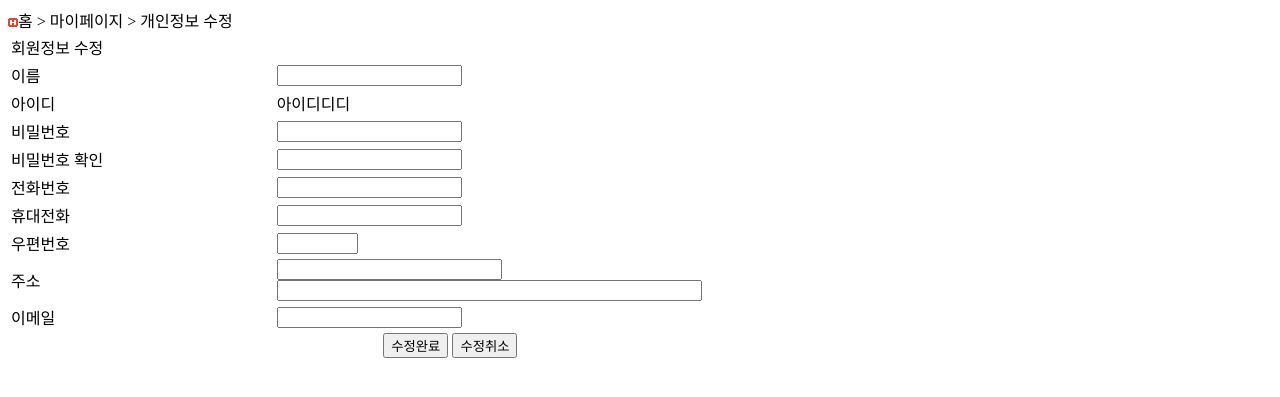
Repository: heeya90/ProjectShoppingMall
Page: http://localhost/ProjectShoppingMall/mypage/mypage_modify.jsp
An editor plug-in stored every save of this project. The page is shown before and after the next save, followed by the edit.
The browser window is 1280 px wide. The pictures show the whole page.
The page is served by Tomcat 9.

Above is the page before, as saved 2012-07-30 09:03:04.

### ProjectShoppingMall/WebContent/mypage/mypage_modify.jsp
<%@ page language="java" contentType="text/html; charset=EUC-KR"
    pageEncoding="EUC-KR"%>

	<div class="sub_loca">
		<img src="./img/icon_home.gif" alt="현재위치" />홈 > 마이페이지 > 개인정보 수정
	</div>

	<table class="jw_normal_table" style="align:center; width:70%">
		<tr>
			<td colspan="2">
				<label class="jw_lbl_title">회원정보 수정</label></td>
		</tr>
		<tr>
			<td class="jw_lheader" style="width:30%">
				<label>이름</label></td>
			<td class="join02_right">
				<label><input type="text" name="name" value=""></label></td>
		</tr>
		<tr>
			<td class="jw_lheader">
				<label>아이디</label></td>
			<td class="join02_right">
				<label>아이디디디</label></td>
		</tr>
		<tr>
			<td class="jw_lheader">
				<label>비밀번호</label></td>
			<td class="join02_right">
				<input type="password" name="pw">
		</tr>
		<tr>
			<td class="jw_lheader">
				<label> 비밀번호 확인</label></td>
			<td class="join02_right">
				<input type="password" name="rpw"></td>
		</tr>
		<tr>
			<td class="jw_lheader">
				<label>전화번호</label></td>
			<td class="join02_right">
				<input type="text" name="tel" value=""></td>
		</tr>
		<tr>
			<td class="jw_lheader">
				<label>휴대전화</label></td>
			<td class="join02_right">
				<input type="text" name="cell" value=""></td>
		</tr>
		<tr>
			<td class="jw_lheader">
				<label>우편번호</label></td>
			<td class="join02_right">
				<input type="text" name="zipcode" size="7"></td>
		</tr>
		<tr>
			<td class="jw_lheader">
				<label>주소</label></td>
			<td class="join02_right">
				<INPUT type="text" name="addr" size="25"> <br/>
				<INPUT type="text" name="detailaddr" size="50"></td>
		</tr>
		<tr>
			<td class="jw_lheader">
				<label>이메일</label></td>
			<td class="join02_right">
				<input type="text" name="email" value=""></td>
		</tr>
		<tr>
			<td colspan="2" align="center">
				<input type="submit" value="수정완료">
				<input type="reset"  value="수정취소"></td>
		</tr>

	</table>

After the next save:
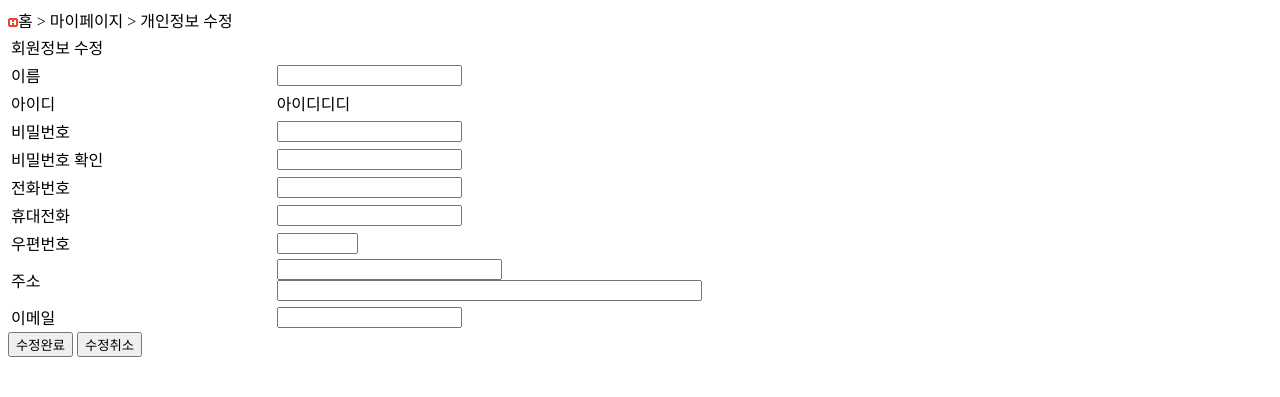
Saved 2 min 48 s later.
--- a/ProjectShoppingMall/WebContent/mypage/mypage_modify.jsp
+++ b/ProjectShoppingMall/WebContent/mypage/mypage_modify.jsp
@@ -12,63 +12,62 @@
 		</tr>
 		<tr>
 			<td class="jw_lheader" style="width:30%">
-				<label>이름</label></td>
-			<td class="join02_right">
-				<label><input type="text" name="name" value=""></label></td>
+				<label class="jw_lbl_title">이름</label></td>
+			<td>
+				<input type="text" name="name" value=""></td>
 		</tr>
 		<tr>
 			<td class="jw_lheader">
-				<label>아이디</label></td>
-			<td class="join02_right">
+				<label class="jw_lbl_title">아이디</label></td>
+			<td>
 				<label>아이디디디</label></td>
 		</tr>
 		<tr>
 			<td class="jw_lheader">
-				<label>비밀번호</label></td>
-			<td class="join02_right">
+				<label class="jw_lbl_title">비밀번호</label></td>
+			<td>
 				<input type="password" name="pw">
 		</tr>
 		<tr>
 			<td class="jw_lheader">
-				<label> 비밀번호 확인</label></td>
-			<td class="join02_right">
+				<label class="jw_lbl_title"> 비밀번호 확인</label></td>
+			<td>
 				<input type="password" name="rpw"></td>
 		</tr>
 		<tr>
 			<td class="jw_lheader">
-				<label>전화번호</label></td>
-			<td class="join02_right">
+				<label class="jw_lbl_title">전화번호</label></td>
+			<td>
 				<input type="text" name="tel" value=""></td>
 		</tr>
 		<tr>
 			<td class="jw_lheader">
-				<label>휴대전화</label></td>
-			<td class="join02_right">
+				<label class="jw_lbl_title">휴대전화</label></td>
+			<td>
 				<input type="text" name="cell" value=""></td>
 		</tr>
 		<tr>
 			<td class="jw_lheader">
-				<label>우편번호</label></td>
-			<td class="join02_right">
+				<label class="jw_lbl_title">우편번호</label></td>
+			<td>
 				<input type="text" name="zipcode" size="7"></td>
 		</tr>
 		<tr>
 			<td class="jw_lheader">
-				<label>주소</label></td>
-			<td class="join02_right">
+				<label class="jw_lbl_title">주소</label></td>
+			<td>
 				<INPUT type="text" name="addr" size="25"> <br/>
 				<INPUT type="text" name="detailaddr" size="50"></td>
 		</tr>
 		<tr>
 			<td class="jw_lheader">
-				<label>이메일</label></td>
-			<td class="join02_right">
+				<label class="jw_lbl_title">이메일</label></td>
+			<td>
 				<input type="text" name="email" value=""></td>
 		</tr>
-		<tr>
-			<td colspan="2" align="center">
-				<input type="submit" value="수정완료">
-				<input type="reset"  value="수정취소"></td>
-		</tr>
+	</table>
 
-	</table>
+	<div class="jw_div_right">
+		<input type="submit" value="수정완료">
+		<input type="reset"  value="수정취소">
+	</div>
